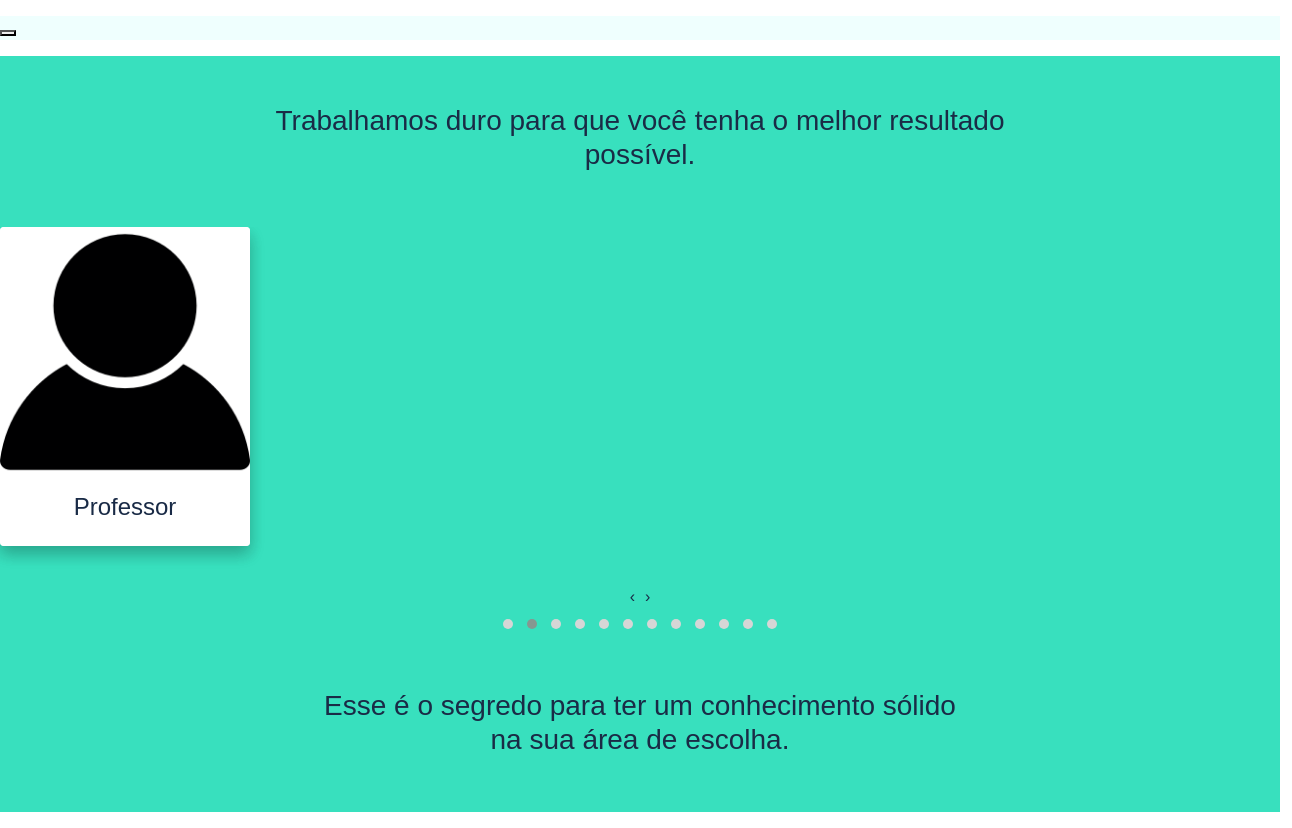
Repository: MarTech-Coders-Planejamento/site-oficial
Page: home.html
These files come from the project's save history. The page is drawn as it stood at one moment and after a run of saves; the edit follows.
The browser window is 1280 px wide. The page is 1292 px wide, so the pictures cover 1292 px, including what lies to the right of the window. The pictures show the whole page.
Some web fonts or font styles are not loaded; a fallback is used.

Above is the page before, as saved 2021-10-23 15:56:14.

### home.html
<!DOCTYPE html>
<html lang="pt-BR">
  <head>
    <meta charset="UTF-8" />
    <meta http-equiv="X-UA-Compatible" content="IE=edge" />
    <meta name="viewport" content="width=device-width, initial-scale=1.0" />
    <!--Fonts Google-->
    <link
      href="https://fonts.googleapis.com/css2?family=Tomorrow:wght@300;400;700&display=swap"
      rel="stylesheet"
    />

    <!-- Bootstrap CSS -->
    <link
      href="https://cdn.jsdelivr.net/npm/bootstrap@5.1.2/dist/css/bootstrap.min.css"
      rel="stylesheet"
      integrity="sha384-uWxY/CJNBR+1zjPWmfnSnVxwRheevXITnMqoEIeG1LJrdI0GlVs/9cVSyPYXdcSF"
      crossorigin="anonymous"
    />

    <!-- Styles -->
    <link rel="stylesheet" href="./css/home.css" />
    <link
      rel="stylesheet"
      href="https://cdnjs.cloudflare.com/ajax/libs/OwlCarousel2/2.3.4/assets/owl.carousel.min.css"
      integrity="sha512-tS3S5qG0BlhnQROyJXvNjeEM4UpMXHrQfTGmbQ1gKmelCxlSEBUaxhRBj/EFTzpbP4RVSrpEikbmdJobCvhE3g=="
      crossorigin="anonymous"
    />
    <link
      rel="stylesheet"
      href="https://cdnjs.cloudflare.com/ajax/libs/OwlCarousel2/2.3.4/assets/owl.theme.default.min.css"
      integrity="sha512-sMXtMNL1zRzolHYKEujM2AqCLUR9F2C4/05cdbxjjLSRvMQIciEPCQZo++nk7go3BtSuK9kfa/s+a4f4i5pLkw=="
      crossorigin="anonymous"
    />

    <title>Home</title>
  </head>
  <body>
    <div class="container-fluid">
      <!--cabeçalho fluido-->
      <header>
        <nav></nav>
      </header>
      <main>
        <section class="bg-one">
          <!--dobra1-->
          <article>
            <header></header>
            <h1></h1>
            <p></p>
            <figure></figure>
            <button></button>
          </article>
        </section>
        <section class="bg-two">
          <!--dobra2-->
          <article>
            <h2></h2>
            <p></p>
            <figure></figure>
          </article>
        </section>
        <section class="bg-one">
          <!--dobra3-->
          <article>
            <header></header>
            <p></p>
            <figure></figure>
          </article>
        </section>
        <section class="bg-two">
          <!--dobra4-->
          <div class="d-flex flex-column">
            <div class="d-flex flex-column">
              <p class="h3 p-5 text-center">
                Trabalhamos duro para que você tenha o melhor resultado <br />
                possível.
              </p>
            </div>
            <div class="row justify-content-center">
              <div id="slider-container" class="col-12">
                <div class="owl-carousel owl-theme">
                  <div class="item mb-4">
                    <div class="card border-0 shadow">
                      <img
                        src="/image/person.png"
                        alt=""
                        class="card-img-top img-fluid"
                      />
                      <div class="card-body">
                        <div class="card-title text-center">
                          <h4>Professor</h4>
                        </div>
                      </div>
                    </div>
                  </div>

                  <div class="item mb-4">
                    <div class="card border-0 shadow">
                      <img
                        src="/image/person.png"
                        alt=""
                        class="card-img-top img-fluid"
                      />
                      <div class="card-body">
                        <div class="card-title text-center">
                          <h4>Professor</h4>
                        </div>
                      </div>
                    </div>
                  </div>
                  <div class="item mb-4">
                    <div class="card border-0 shadow">
                      <img
                        src="/image/person.png"
                        alt=""
                        class="card-img-top img-fluid"
                      />
                      <div class="card-body">
                        <div class="card-title text-center">
                          <h4>Professor</h4>
                        </div>
                      </div>
                    </div>
                  </div>
                  <div class="item mb-4">
                    <div class="card border-0 shadow">
                      <img
                        src="/image/person.png"
                        alt=""
                        class="card-img-top img-fluid"
                      />
                      <div class="card-body">
                        <div class="card-title text-center">
                          <h4>Professor</h4>
                        </div>
                      </div>
                    </div>
                  </div>
                  <div class="item mb-4">
                    <div class="card border-0 shadow">
                      <img
                        src="/image/person.png"
                        alt=""
                        class="card-img-top img-fluid"
                      />
                      <div class="card-body">
                        <div class="card-title text-center">
                          <h4>Professor</h4>
                        </div>
                      </div>
                    </div>
                  </div>
                  <div class="item mb-4">
                    <div class="card border-0 shadow">
                      <img
                        src="/image/person.png"
                        alt=""
                        class="card-img-top img-fluid"
                      />
                      <div class="card-body">
                        <div class="card-title text-center">
                          <h4>Professor</h4>
                        </div>
                      </div>
                    </div>
                  </div>
                  <div class="item mb-4">
                    <div class="card border-0 shadow">
                      <img
                        src="/image/person.png"
                        alt=""
                        class="card-img-top img-fluid"
                      />
                      <div class="card-body">
                        <div class="card-title text-center">
                          <h4>Professor</h4>
                        </div>
                      </div>
                    </div>
                  </div>
                  <div class="item mb-4">
                    <div class="card border-0 shadow">
                      <img
                        src="/image/person.png"
                        alt=""
                        class="card-img-top img-fluid"
                      />
                      <div class="card-body">
                        <div class="card-title text-center">
                          <h4>Professor</h4>
                        </div>
                      </div>
                    </div>
                  </div>
                  <div class="item mb-4">
                    <div class="card border-0 shadow">
                      <img
                        src="/image/person.png"
                        alt=""
                        class="card-img-top img-fluid"
                      />
                      <div class="card-body">
                        <div class="card-title text-center">
                          <h4>Professor</h4>
                        </div>
                      </div>
                    </div>
                  </div>
                  <div class="item mb-4">
                    <div class="card border-0 shadow">
                      <img
                        src="/image/person.png"
                        alt=""
                        class="card-img-top img-fluid"
                      />
                      <div class="card-body">
                        <div class="card-title text-center">
                          <h4>Professor</h4>
                        </div>
                      </div>
                    </div>
                  </div>
                  <div class="item mb-4">
                    <div class="card border-0 shadow">
                      <img
                        src="/image/person.png"
                        alt=""
                        class="card-img-top img-fluid"
                      />
                      <div class="card-body">
                        <div class="card-title text-center">
                          <h4>Professor</h4>
                        </div>
                      </div>
                    </div>
                  </div>
                  <div class="item mb-4">
                    <div class="card border-0 shadow">
                      <img
                        src="/image/person.png"
                        alt=""
                        class="card-img-top img-fluid"
                      />
                      <div class="card-body">
                        <div class="card-title text-center">
                          <h4>Professor</h4>
                        </div>
                      </div>
                    </div>
                  </div>
                </div>
              </div>
            </div>
            <div class="d-flex flex-column">
              <p class="h3 p-5 text-center">
                Esse é o segredo para ter um conhecimento sólido <br />
                na sua área de escolha.
              </p>
            </div>
          </div>
        </section>
      </main>

      <footer class="bg-one">
        <!--footer-->
        <article></article>
        <p></p>
      </footer>
    </div>

    <!-- Owl Carousel -->

    <script src="https://cdnjs.cloudflare.com/ajax/libs/jquery/3.6.0/jquery.min.js"></script>

    <!-- Bootstrap Bundle javascript -->
    <script
      src="https://cdn.jsdelivr.net/npm/bootstrap@5.1.2/dist/js/bootstrap.bundle.min.js"
      integrity="sha384-kQtW33rZJAHjgefvhyyzcGF3C5TFyBQBA13V1RKPf4uH+bwyzQxZ6CmMZHmNBEfJ"
      crossorigin="anonymous"
    ></script>

    <!-- Owl Carousel -->

    <script
      src="https://cdnjs.cloudflare.com/ajax/libs/OwlCarousel2/2.3.4/owl.carousel.min.js"
      integrity="sha512-bPs7Ae6pVvhOSiIcyUClR7/q2OAsRiovw4vAkX+zJbw3ShAeeqezq50RIIcIURq7Oa20rW2n2q+fyXBNcU9lrw=="
      crossorigin="anonymous"
    ></script>

    <!-- Slider -->

    <script>
      $(".owl-carousel").owlCarousel({
        loop: true,
        autoplay: true,
        margin: 20,
        animateOut: "fadeOut",
        animateIn: "fadeIn",
        nav: true,
        autoplayHoverPause: true,
        responsive: {
          0: {
            items: 1,
            nav: false,
          },
          600: {
            items: 1,
            nav: false,
          },
          1000: {
            items: 1,
            nav: true,
            loop: false,
          },
        },
      });
    </script>
  </body>
</html>

### css/home.css
:root {
  --bg: #effffe;
  --bg2: #38e0be;
  --texto: #1a2b46;
}
* {
  font-family: "Tomorrow", sans-serif;
}

.container-fluid {
  padding-right: 0;
  padding-left: 0;
  margin-right: auto;
  margin-left: auto;
}

.bg-one {
  background-color: var(--bg);
  color: var(--texto);
}
.bg-two {
  background-color: var(--bg2);
  color: var(--texto);
}

/* Slider Container*/

#slider-container{
 justify-content: center;
}

.img-fluid img{
  width: 200px;
}

.owl-stage{
  padding: 0 !important;
  overflow: hidden;
  display: block;
}

.item{
  width: 250px;
}

After the next 2 saves:
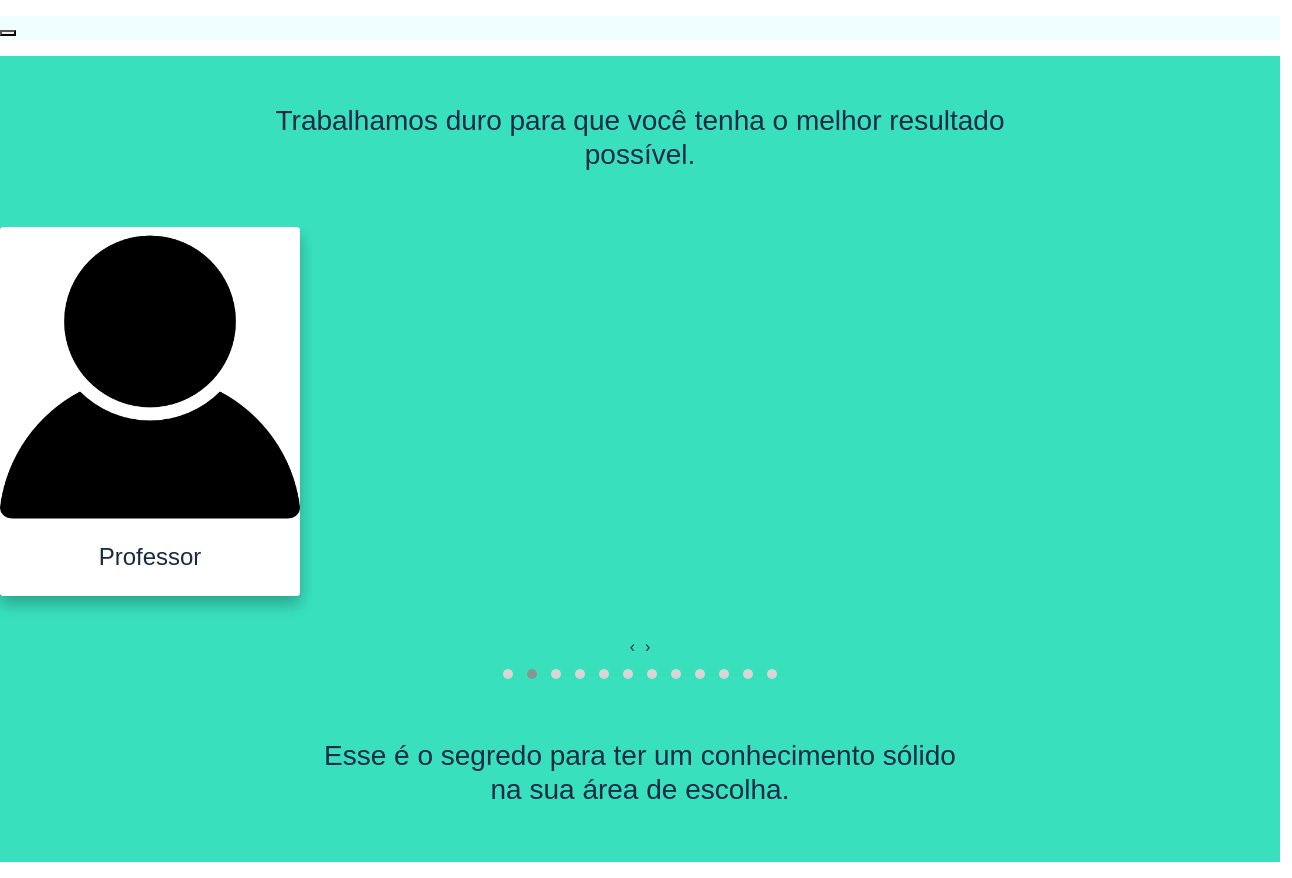
The 2 saves are shown as one change because they came seconds apart.
The last was saved 16 s later.
--- a/css/home.css
+++ b/css/home.css
@@ -40,5 +40,5 @@
 }
 
 .item{
-  width: 250px;
+  width: 300px;
 }
